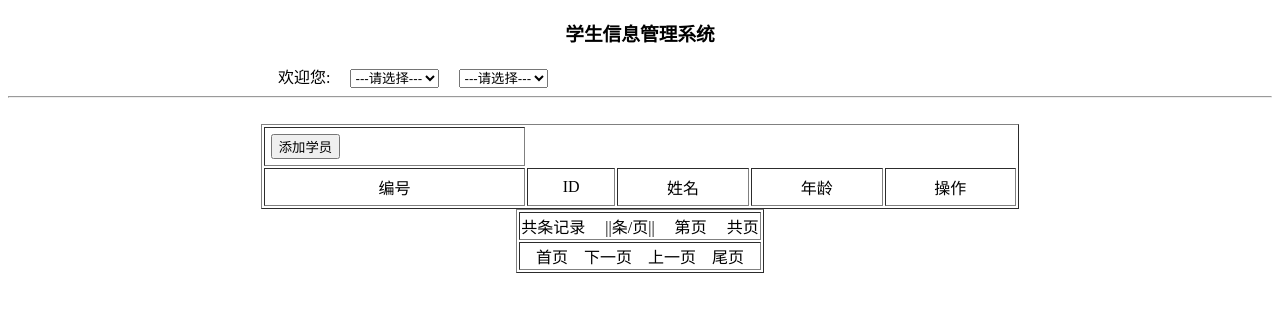
Repository: DataBoxWx/mvc_servlet_3
Page: http://localhost/crud_1/ajax/studentlist.jsp
The author's editor kept a copy of each file at every save. The page is drawn from the files as they stood at one save, then again after the next save.
The browser window is 1280 px wide. The pictures show the whole page.
The page is served by Tomcat 9.

Above is the page before, as saved 2018-05-08 11:34:11.

After the next save:
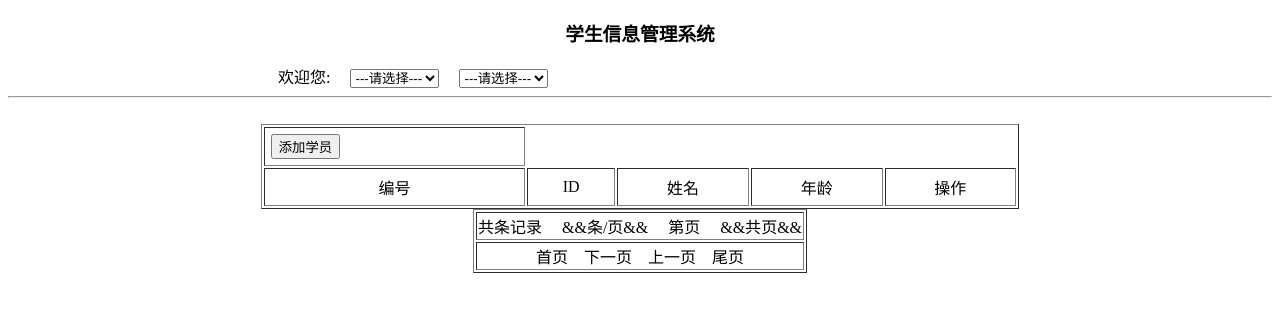
Saved 119 s later.
--- a/crud_1/WebContent/ajax/studentlist.jsp
+++ b/crud_1/WebContent/ajax/studentlist.jsp
@@ -74,9 +74,9 @@
 			<tr>
 				<td>
 					共<span id="total"></span>条记录&nbsp;&nbsp;&nbsp;&nbsp;
-					||<span id="pageCount"></span>条/页||&nbsp;&nbsp;&nbsp;&nbsp;
+					&&<span id="pageCount"></span>条/页&&&nbsp;&nbsp;&nbsp;&nbsp;
 					第<span id="pageNu"></span>页&nbsp;&nbsp;&nbsp;&nbsp;
-					共<span id="pageSize"></span>页
+					&&共<span id="pageSize"></span>页&&
 
 
 				</td>
